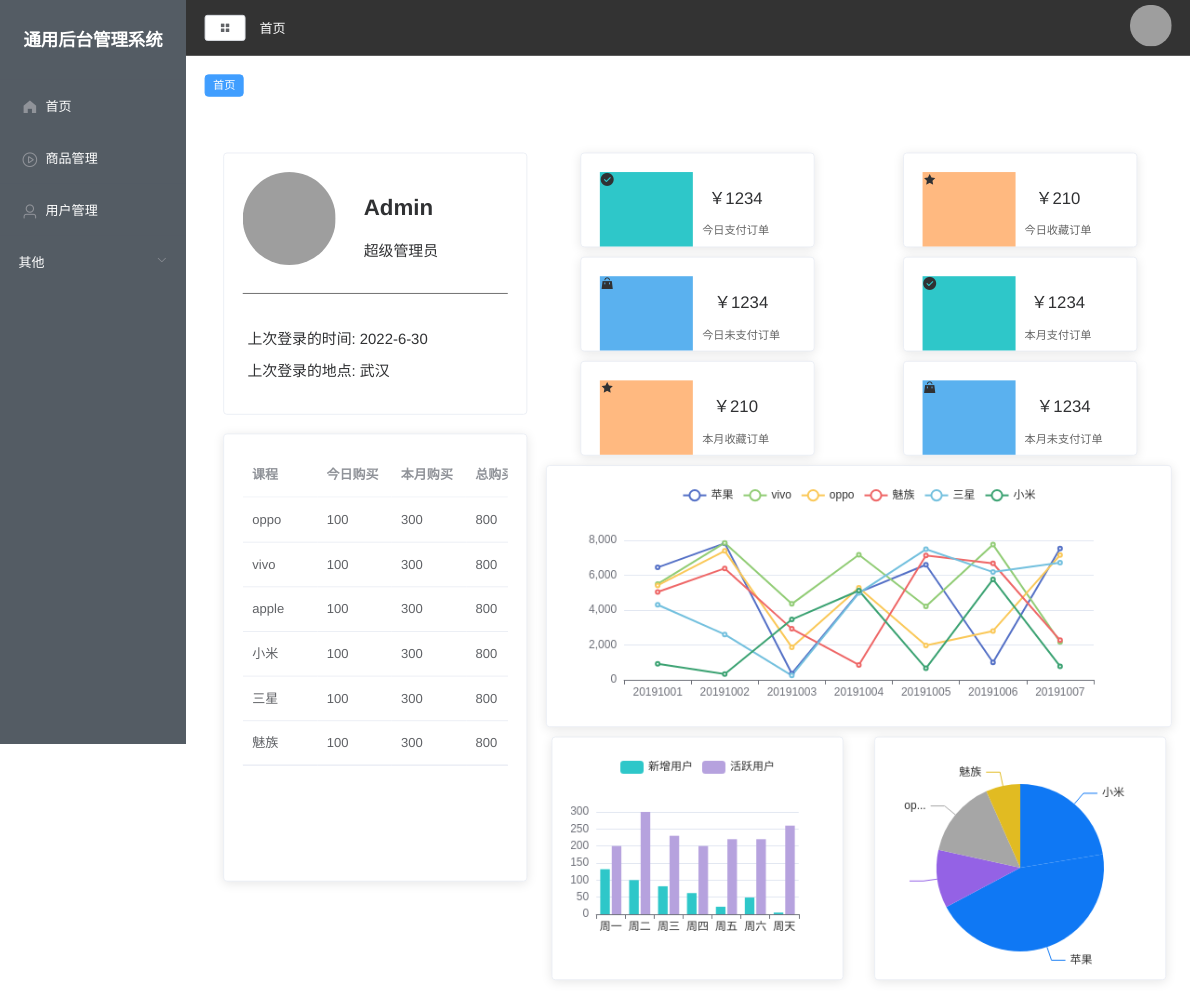
Repository: zhangwen001208/cmd
Page: /
The author's editor kept a copy of each file at every save. The page is drawn from the files as they stood at one save, then again after the next save.
The browser window is 1280 px wide. The pictures show the whole page, at 93% of full size.
Pictures or frames that could not be fetched are drawn as grey boxes. The project was rebuilt for these pictures with package versions that can differ from the ones it lists, and the page was loaded fresh each time. Also part of the build but not shown: vue.config.js.

Above is the page before, as saved 2022-08-27 17:47:14.

### src/main.js
import Vue from 'vue'
import App from './App.vue'
import router from './router'
import store from './store'
import ElementUI from 'element-ui';
import 'element-ui/lib/theme-chalk/index.css';

import 'normalize.css'
import './assets/css/index.less'

import '../src/request/mock.js'

Vue.config.productionTip = false

Vue.use( ElementUI )

new Vue({
  router,
  store,

  render: h => h(App)
}).$mount('#app')

### src/App.vue
<template>
  <div id="app">
    <router-view/>
  </div>
</template>

<style lang="less">
#app {
  font-family: Avenir, Helvetica, Arial, sans-serif;
  -webkit-font-smoothing: antialiased;
  -moz-osx-font-smoothing: grayscale;
  text-align: center;
  color: #2c3e50;
}

nav {
  padding: 30px;

  a {
    font-weight: bold;
    color: #2c3e50;

    &.router-link-exact-active {
      color: #42b983;
    }
  }
}
</style>

### src/router/index.js

import Vue from 'vue'
import VueRouter from 'vue-router'


Vue.use(VueRouter)

//即路由地址为’ / ’ 的页面，重复点击后重定向到的页面依然是Home页面，也就是所谓的产生了冗余导航，
const VueRouterPush = VueRouter.prototype.push
VueRouter.prototype.push = function push (location) {
  return  VueRouterPush.call(this, location).catch(err => err)
}


const routes = [
  {
    path: '/',
    name: 'main',
    component: () => import('../views/Main.vue'),
    children: [
      {
        path: '',
        name: 'home',

        component:() => import('../views/home/home.vue')
      },
      {
        path: '/user',
        name: 'user',
        component:() => import('../views/user/user.vue')
      },
      {
        path: '/mall',
        name: 'mall',
        component:() => import('../views/mall/mall.vue')
      },
      {
        path: '/page1',
        name: 'page1',
        component:() => import('../views/other/pageOne.vue')
      },
      {
        path: '/page2',
        name: 'page2  ',
        component:() => import('../views/other/pageTwo.vue')
      }



    ]
  },

]

const router = new VueRouter({
  mode: 'history',
  base: process.env.BASE_URL,
  routes
})






export default router

### src/store/index.js
import Vue from 'vue'
import Vuex from 'vuex'
import tab from './tab'

Vue.use(Vuex)

export default new Vuex.Store({
  state: {
  },
  getters: {
  },
  mutations: {
  },
  actions: {
  },
  modules: {
    tab
  }
})

### src/assets/css/index.less
@import './base.less';

### src/request/mock.js
import Mock from 'mockjs'
import homeApi from './home.js'


Mock.mock('/home/getData',homeApi.getStatisticalData )

### src/views/Main.vue
<template>
  <div class="home">
      <el-container style="height: 100%">
        <el-aside width="auto">
          <home-aside/>
        </el-aside>
        <el-container>
          <el-header class="header">
            <home-header></home-header>
          </el-header>
           <commandTag/>
          <el-main>
          <router-view></router-view>
          </el-main>
        </el-container>
    </el-container>


  </div>
</template>

<script>

// @ is an alias to /src

import HomeAside from '../components/HomeAside.vue'
import homeHeader from '../components/homeHeader.vue'
import commandTag from '../components/commendTag.vue'

export default {
  name: 'HomeView',
  components: {
    HomeAside,
    homeHeader,
    commandTag

  }
}
</script>
<style lang="less" scoped>
.header{
  background-color: #333;
}

</style>

### src/views/home/home.vue
<!-- eslint-disable vue/multi-word-component-names -->
<template>
    <div>
        <el-row class="home">
            <el-col :span="8" style="margin-top: 20px">
                <el-card shadow='hover'>
                    <div class="user">
                        <img :src="userImg">
                        <div class="userinfo">
                            <p class="name">Admin</p>
                            <p class="access">超级管理员</p>
                        </div>
                    </div>
                     <div class="login-info">
                            <p>上次登录的时间: <span>2022-6-30</span></p>
                            <p>上次登录的地点: <span>武汉</span></p>

                        </div>

                </el-card>
                <el-card style="margin-top: 20px; height: 480px">
                     <el-table
                        :data="tableData"
                        >
                        <el-table-column
                        v-for="(val, key) in tableLabel"
                         :key="key"
                         :prop= 'key'
                         :label= 'val'
                        >
                        </el-table-column>

                    </el-table>

                     </el-card>


            </el-col>
            <el-col :span="16" style="margin-top: 20px">
                <div class="num">
                    <el-card v-for="item in countData" :key="item.name" :body-style="{ display: 'flex', paddig: 0 }">
                        <i class="icon" :class="`el-icon-${item.icon}`" :style="{background: item.color}"></i>
                        <div class="detail">
                            <p class="num">￥{{item.value}}</p>
                            <p class="text">{{item.name}}</p>
                        </div>

                    </el-card>

                </div>
                <el-card style="height: 280px">
                    <div style="height: 280px" ref="echarts"></div>
                </el-card>

                <div class="graph">
                    <el-card style="height: 260px">
                        <div style="height: 240px" ref="userecharts"> </div>
                    </el-card>
                    <el-card style="height: 260px">
                        <div style="height: 240px" ref="videoecharts"> </div>
                    </el-card>
                </div>

            </el-col>

        </el-row>

    </div>
</template>

<script>
import { getData } from '../../request/data.js'
import * as echarts from 'echarts';



    export default {
        data() {
            return {
                userImg: require('../../assets/img/tx.jpeg'),
                tableData: [

                ],
                tableLabel: {
                    name: '课程',
                    todayBuy: '今日购买',
                    monthBuy: '本月购买',
                    totalBuy: '总购买'

                },
                countData: [
                    {
                        name: '今日支付订单',
                        value: '1234',
                        icon: 'success',
                        color: '#2ec7c9'
                    },
                    {
                        name: '今日收藏订单',
                        value: '210',
                        icon: 'star-on',
                        color: '#ffb980'
                    },
                    {
                        name: '今日未支付订单',
                        value: '1234',
                        icon: 's-goods',
                        color: '#5ab1ef'
                    },
                     {
                        name: '本月支付订单',
                        value: '1234',
                        icon: 'success',
                        color: '#2ec7c9'
                    },
                    {
                        name: '本月收藏订单',
                        value: '210',
                        icon: 'star-on',
                        color: '#ffb980'
                    },
                    {
                        name: '本月未支付订单',
                        value: '1234',
                        icon: 's-goods',
                        color: '#5ab1ef'
                    },
                ]
            }
        },
        mounted() {
            getData().then(res => {
                const { code, data } = res.data
                if(code === 20000){
                    this.tableData = data.tableData
                    const order = data.orderData
                    const xDate = order.date //拿到date作为x坐标
                    const keyArry = Object.keys(order.data[0])
                    const series = []
                    keyArry.forEach(key => {
                        series.push({
                            name: key ,
                            data: order.data.map(item => item[key]), //这样拿到的就是data里面的value
                            type: 'line' // 图型类型
                        })
                    })

                    const option = {
                          xAxis: {
                            data: xDate
                          },
                          yAxis: {},
                          legend: {
                            data: keyArry
                          },
                          series
                    }
                    const E = echarts.init(this.$refs.echarts)
                    E.setOption(option)

                    //柱状图
                    const userOption = {
                        legend: {
                            textStyle: {
                                color: '#333',
                            }
                        },
                        grid: {
                            trigger: 'axis'
                        },
                        xAxis: {
                            type: 'category',
                            data: data.userData.map(item => item.data),
                            axisLine:{
                               linestyle: {
                                color: '#17b3a3',
                               }
                            },
                            axisLabel: {
                                interval: 0,
                                color: '#333'
                            },
                        },
                        yAxis: [
                            {
                                type: 'value',
                                axisLine: {
                                    linestyle: {
                                        color: '#17b3a3'
                                    },
                                }
                            }
                        ],
                        color: ['#2ec7c9', '#b6a2de'],
                        series: [
                            {
                                name: '新增用户',
                                data: data.userData.map(item => item.new),
                                type: 'bar'
                            },
                             {
                                name: '活跃用户',
                                data: data.userData.map(item => item.active),
                                type: 'bar'
                            }
                        ]
                    }
                    const U = echarts.init(this.$refs.userecharts)
                    U.setOption(userOption)

                    //饼图
                    const videoOption = {
                        tooltip: {
                            trigger: 'itme'
                        },
                        color:[
                            '#0f78f4',
                            'dd536b',
                            '#9462e5',
                            '#a6a6a6',
                            '#e1bb22',
                            '#39c362',
                            '#3ed1cf'
                        ],
                        series: [
                            {
                                data: data.videoData,
                                type: 'pie'
                            }
                        ]
                    }

                    const V = echarts.init(this.$refs.videoecharts)
                    V.setOption(videoOption)

                }
                console.log(res)
            })
        },

    }
</script>

<style lang="less" scoped>
.user {
    display: flex;
    padding-bottom: 20px;
    border-bottom: 1px solid #666;

    img{
        width: 100px;
        height: 100px;
        border-radius: 50%;
        margin-right:  30px;
    }
    .name {
        font-weight: 800;
        font-size: 24px;
    }
    .user {
        font-size: 14px;
    }
}
.login-info {
    margin-top: 40px;
    margin-left: 5px;
}
.num {
    display: flex;
    flex-wrap: wrap;
    justify-content: space-around;

    i {
        display: block;
        width: 100px;

    }
    .el-card {
        width: 250px;
        height: 100px;
        margin-bottom : 10px ;
    }
    .detail {
        margin-left: 10px;
        .num {
        font-size: 18px;
         }
        .text {
            font-size: 12px;
            color: #666;
         }

    }







}
.el-card {
    margin-left: 20px;
}
.graph {
    display: flex;
    justify-content: space-around;
    margin-top: 10px;

    .el-card{
        width: 45%;
    }
}

</style>

### src/store/tab.js
export default {
    state: {
       isCollapse: false,
       tabsList: [
        {
            path: '/',
            name: 'home',
            label: '首页',
            icon: 'home'
        }
       ],
       currentMenu: null
    },
    mutations: {
        Collapsemenu(state) {
            state.isCollapse = !state.isCollapse
        },
        selectMenu(state, val) {
            if(val.name !== 'home') {
                state.currentMenu = val
                const result = state.tabsList.findIndex(item => item.name === val.name)

                if(result === -1) {
                    state.tabsList.push(val)
                }else {
                    state.currentMenu == null;
                }
            }
        }

    }
}

### src/assets/css/base.less

body{
    padding: 0;
    margin: 0;
}

html,body,#app {
    width: 100%;
    height: 100%;
    text-align: left;
}

### src/components/HomeAside.vue
<template>
<el-menu  default-active="1-4-1"
    class="el-menu-vertical-demo"
     background-color= '#545c64'
     text-color="#fff"
     active-text-color="#ffd04b"
    @open="handleOpen" @close="handleClose"
    :collapse="isCollapse">
  <h3>{{isCollapse? '后台': '通用后台管理系统'}}</h3>
  <el-menu-item  @click="clickmenu(item)" v-for="item in nochildren" index="item.path" :key="item.path">
    <i :class="'el-icon-'+item.icon"></i>
    <span slot="title">{{item.label}}</span>
  </el-menu-item>
  <el-submenu v-for="item in haschildren" index="item.path" :key="item.path">
    <template slot="title">
      <i class="'el-icon-'+item.icon"></i>
      <span slot="title">{{item.label}}</span>
    </template>
    <el-menu-item-group v-for="subitem in item.children" index='subitem.path' :key="subitem.path">

      <el-menu-item @click="clickmenu(subitem)" index="1-1">{{subitem.label}}</el-menu-item>

    </el-menu-item-group>

  </el-submenu>


</el-menu>

</template>

<script>
export default {
    data() {
      return {

        menu:[
          {
            path: '/',
            name: 'home',
            label: '首页',
            icon: 's-home',
            url: 'Home/home'
          },
           {
            path: '/mall',
            name: 'mall',
            label: '商品管理',
            icon: 'video-play',
            url: 'MallManage/MallManage'
          },
           {
            path: '/user',
            name: 'user',
            label: '用户管理',
            icon: 'user',
            url: 'UserManage/UserManage'
          },
           {

            label: '其他',
            icon: 'location',
           children: [
            {
            path: '/page1',
            name: 'page1',
            label: '页面1',
            icon: 'setting',
            url: 'Other/pageOne'
            },
            {
            path: '/page2',
            name: 'page2',
            label: '页面2',
            icon: 'setting',
            url: 'Other/pageTwo'
            }

           ]
          }

        ]
      };
    },
    methods: {
      handleOpen(key, keyPath) {
        console.log(key, keyPath);
      },
      handleClose(key, keyPath) {
        console.log(key, keyPath);
      },
      clickmenu(item) {
        if(this.$router.path !== item.path) {
            this.$router.push({
            name: item.name,
        })
        }
        this.$store.commit('selectMenu', item)


      }
    },
    computed: {
      nochildren() {
        return this.menu.filter(item => !item.children)
      },
      haschildren() {
         return this.menu.filter(item => item.children)
      },
      isCollapse() {
        return  this.$store.state.tab.isCollapse
      }
    }
  }
</script>

<style lang="less" scoped>
  .el-menu-vertical-demo:not(.el-menu--collapse) {
    width: 200px;
    height: 800px;

  }
  .el-menu {
    height: 800px;
    border: none;
    h3{
      color: #fff;
      text-align: center;
      line-height: 48px;

    }
  }

</style>

### src/components/homeHeader.vue
<template>
   <header>
        <div class="l-content">
            <el-button @click="hadrlemenu" plain icon="el-icon-menu" size="mini"></el-button>
            <!-- <h3 style="color: #fff">首页</h3> -->
            <el-breadcrumb separator="/">
                    <el-breadcrumb-item v-for="item in tags" :key="item.path" :to="{ path: item.path }">{{item.label}}</el-breadcrumb-item>


            </el-breadcrumb>
         </div>
         <div class="r-content">
            <el-dropdown trigger="click" szie="mini">
                <span>
                    <img class="user" :src="userImg">
                </span>
                <el-dropdown-menu slot="dropdown">
                    <el-dropdown-item>个人中心</el-dropdown-item>
                    <el-dropdown-item>退出</el-dropdown-item>
                </el-dropdown-menu>

            </el-dropdown>

         </div>
   </header>

</template>

<script>

import {mapState} from 'vuex'

    export default {
        name: 'homeHeader',
        data() {
            return {
                userImg: require('../assets/img/tx.jpeg')
            }
        },
        methods: {
            hadrlemenu() {
                this.$store.commit('Collapsemenu')
            }
        },
        computed: {
            ...mapState({
                tags: state => state.tab.tabsList
            })


        },





    }
</script>

<style lang="less" scoped>
header {
    display: flex;
    height: 100%;
    justify-content: space-between;
    align-items: center;
    .l-content {
        display: flex;
        align-items: center;
        .el-button {
            margin-right: 15px;

        }
        .el-breadcrumb ::v-deep .el-breadcrumb__inner {
        color: #fff !important;
}
    }
    .r-content {
        .user {
            width: 45px;
            height: 45px;
            border-radius: 50%;
        }
    }


}


</style>

### src/components/commendTag.vue
<template>
    <div class="tag">
      <el-tag
        v-for="(tag,index) in tags"
        :key="tag.name"
        :closable ="tag.name !== 'home'"
        :effect= "$route.name == tag.name? 'dark': 'plain' "
        @click="changmenu(tag)"
        @close= "handleClose(tag, index)"
        size="small"
        >
        {{tag.label}}
     </el-tag>


    </div>
</template>

<script>
import { mapState } from 'vuex'


    export default {
        name: 'commandTag',
        data() {
            return {

            }
        },
        computed: {
            ...mapState({
                tags: state => state.tab.tabsList
            })
        },
        created() {
            console.log(this.tags)
        },
        methods: {
            changmenu(item) {
                this.$router.push({
                    name: item.name
                })

            },
            handleClose(tag){
            this.tags.splice(this.tags.indexOf(tag), 1);
            }
        },



    }
</script>

<style lang="less" scoped>

.tag {
    margin: 20px;
}

</style>

### src/request/data.js
import axios from 'axios'


export const getData = () => {
    return axios.request({
        url: '/home/getData'

    })
}

Loaded but not shown: public/index.html (common file); src/request/home.js (129 lines, source omitted)

After the next save:
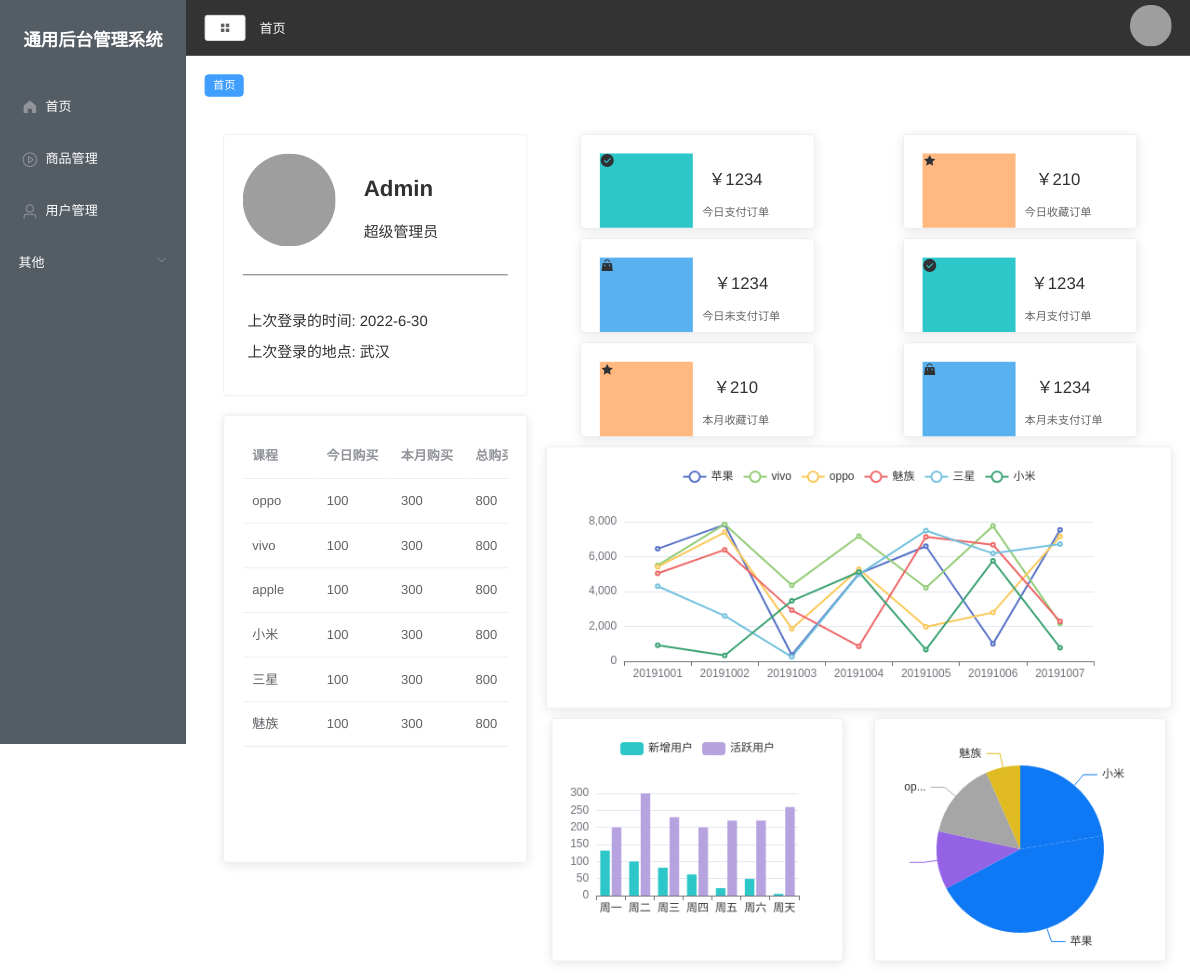
Saved 23 s later.
--- a/src/components/commendTag.vue
+++ b/src/components/commendTag.vue
@@ -55,7 +55,7 @@ import { mapState } from 'vuex'
 <style lang="less" scoped>
 
 .tag {
-    margin: 20px;
+    margin: 20px 20px 0 20px;
 }
 
 </style>
